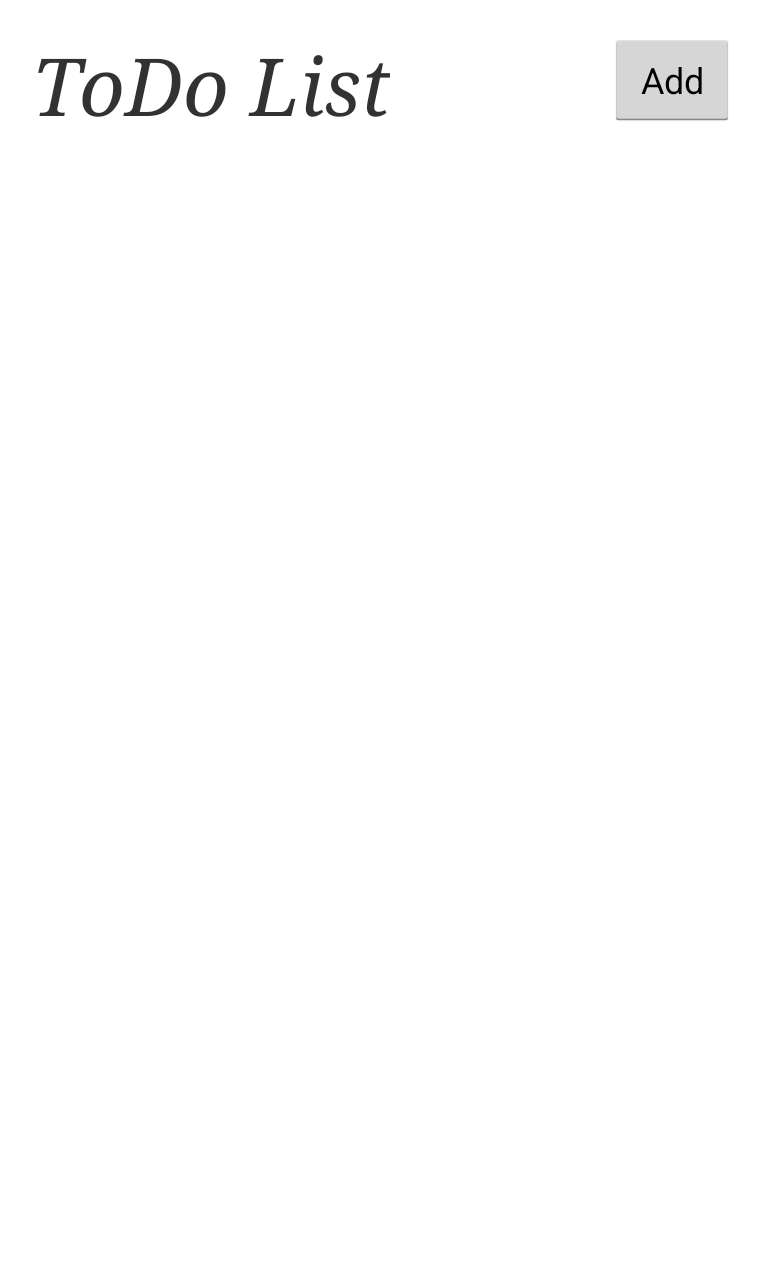
Repository: bvrit-vineeth/android-projects
Layout: TODOListApp/res/layout/activity_main.xml
These files come from the project's save history. The layout is drawn as it stood at one moment and after the next save; the edit follows.
It is drawn on a 768 x 1280 px phone screen (xhdpi) without system bars, with theme AppTheme; the app's code is not run. Lists and similar views that code fills are empty.

Above is the layout before, as saved 2013-08-24 06:41:28.

### TODOListApp/res/layout/activity_main.xml
<RelativeLayout xmlns:android="http://schemas.android.com/apk/res/android"
    xmlns:tools="http://schemas.android.com/tools"
    android:layout_width="match_parent"
    android:layout_height="match_parent"
    android:paddingBottom="@dimen/activity_vertical_margin"
    android:paddingLeft="@dimen/activity_horizontal_margin"
    android:paddingRight="@dimen/activity_horizontal_margin"
    android:paddingTop="@dimen/activity_vertical_margin"
    tools:context=".MainActivity" >

    <TextView
		android:id="@+id/textView1"
		android:layout_width="wrap_content"
		android:layout_height="wrap_content"
		android:text="@string/app_header"
		android:textSize="40sp"
		android:typeface="serif"
		android:textStyle="italic"
		android:layout_gravity="center_horizontal" />


    <GridView
        android:id="@+id/gridView1"
        android:layout_width="match_parent"
        android:layout_height="wrap_content"
        android:layout_alignLeft="@+id/textView1"
        android:layout_below="@+id/textView1"
        android:layout_marginTop="19dp"
        android:numColumns="2" >
    </GridView>

    <Button
        android:id="@+id/button1"
        android:layout_width="wrap_content"
        android:layout_height="wrap_content"
        android:layout_alignParentTop="true"
        android:layout_alignRight="@+id/gridView1"
        android:onClick="onClick"
        android:text="@string/add_item" />

</RelativeLayout>

### TODOListApp/res/values/strings.xml
<?xml version="1.0" encoding="utf-8"?>
<resources>

    <string name="app_name">TODO List App</string>
    <string name="action_settings">Settings</string>
    <string name="hello_world">Hello world!</string>
    <string name="app_header">ToDo List</string>
    <string name="title_activity_todo_list_description">TodoListDescriptionActivity</string>
    <string name="title_activity_new_todo">NewTodoActivity</string>
    <string name="checkbox_field_data">Completed</string>
    <string name="add_item">Add</string>

</resources>

Loaded but not shown: TODOListApp/res/values/styles.xml (common file); TODOListApp/res/values-v11/styles.xml (common file); TODOListApp/res/values-v14/styles.xml (common file); TODOListApp/res/values/dimens.xml (common file)

After the next save:
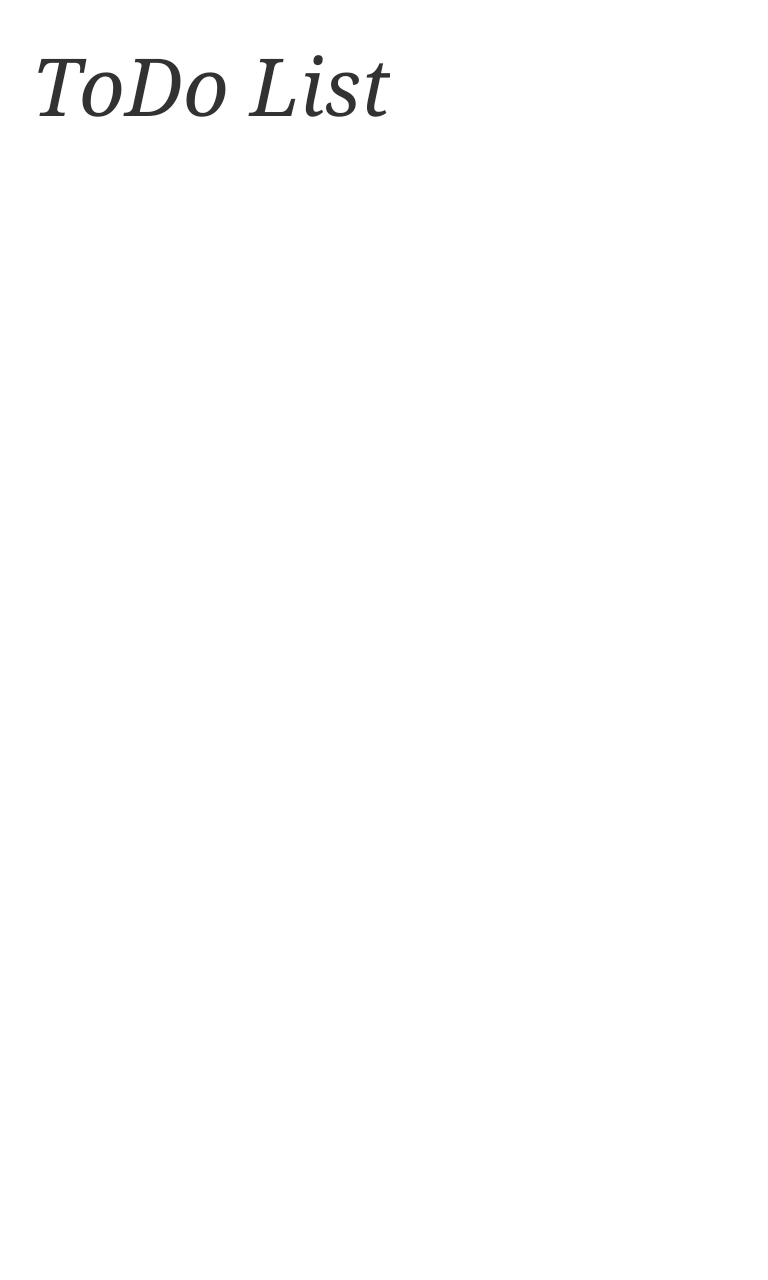
Saved 5 min 59 s later.
--- a/TODOListApp/res/layout/activity_main.xml
+++ b/TODOListApp/res/layout/activity_main.xml
@@ -19,23 +19,15 @@
 		android:layout_gravity="center_horizontal" />
 
 
-    <GridView
-        android:id="@+id/gridView1"
-        android:layout_width="match_parent"
-        android:layout_height="wrap_content"
-        android:layout_alignLeft="@+id/textView1"
-        android:layout_below="@+id/textView1"
-        android:layout_marginTop="19dp"
-        android:numColumns="2" >
-    </GridView>
 
-    <Button
+
+    <!--<Button
         android:id="@+id/button1"
         android:layout_width="wrap_content"
         android:layout_height="wrap_content"
         android:layout_alignParentTop="true"
         android:layout_alignRight="@+id/gridView1"
         android:onClick="onClick"
-        android:text="@string/add_item" />
+        android:text="@string/add_item" />-->
 
 </RelativeLayout>
